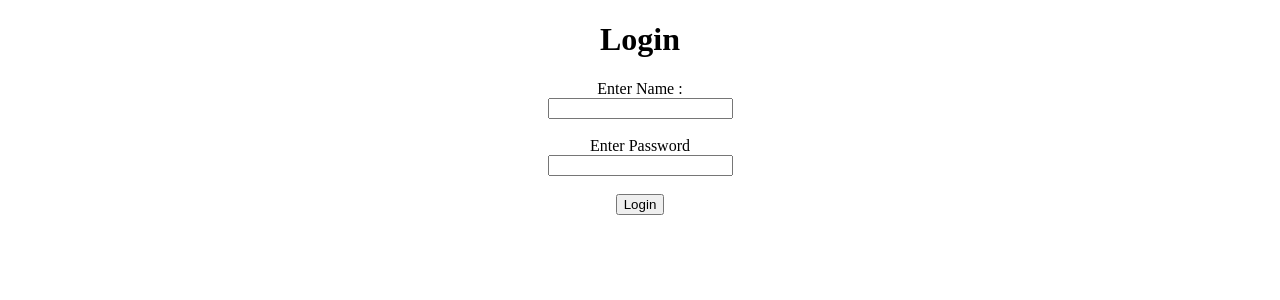
Repository: Vishalrathod8788/JEE
Page: Login/WebContent/index.html
The author's editor kept a copy of each file at every save. The page is drawn from the files as they stood at one save, then again after the next save.
The browser window is 1280 px wide. The pictures show the whole page.

Above is the page before, as saved 2023-07-20 13:11:11.

After the next save:
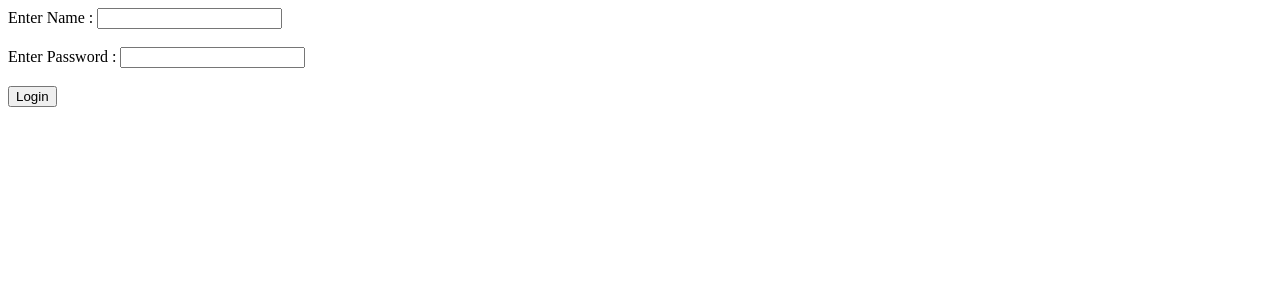
Saved 2 min 22 s later.
--- a/Login/WebContent/index.html
+++ b/Login/WebContent/index.html
@@ -5,12 +5,11 @@
 <title>HTML Login Page</title>
 </head>
 <body>
-	<h1 style="text-align: center;">Login</h1>
-	<form method="post" style="text-align: center;" action="login">
-		Enter Name : <br />
-		<input type="text" name="txtName" /><br /><br />
-		Enter Password<br />
-		<input type="password" name="txtPass" /><br /><br />
+	<form method="post" action="connectivity">
+		Enter Name :
+		<input type="text" name="txtName"><br><br>
+		Enter Password :
+		<input type="password" name="txtPass"><br><br>
 		<input type="submit" value="Login">
 	</form>
 </body>
